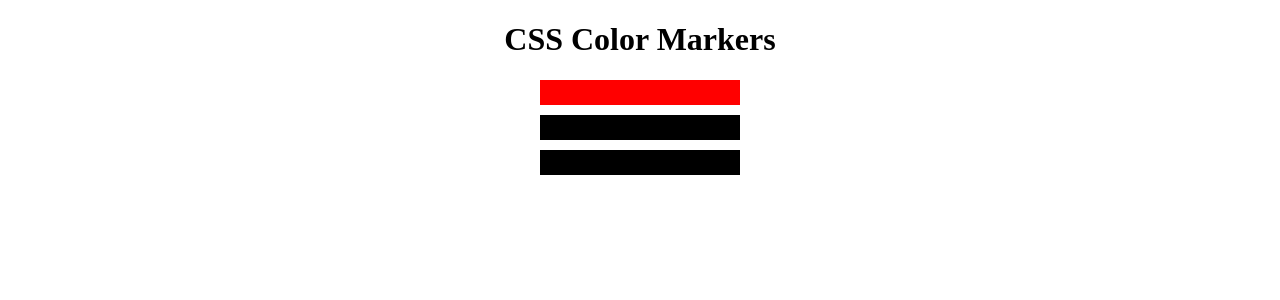
Repository: AimenDje/ColoredMarkers
Page: index.html
An editor plug-in stored every save of this project. The page is shown before and after the next save, followed by the edit.
The browser window is 1280 px wide. The pictures show the whole page.

Above is the page before, as saved 2025-05-08 16:31:42.

### index.html
<!DOCTYPE html>
<html lang="en">
    <head>
        <meta charset="utf-8">
        <meta name="viewport" content="width=device-width, initial-scale=1.0">
        <link rel="stylesheet" href="styles.css">
        <title>Colored Markers</title>
    </head>
    <body>
        <h1>CSS Color Markers</h1>
        <div class="container">
            <div class="marker red">
            </div>
            <div class="marker two">
            </div>
            <div class="marker three">
            </div>
        </div>
      </body>
</html>

### styles.css
h1 {
    text-align:center;
}

.marker {
    width: 200px;
    height: 25px;
    margin: 10px auto;
  }

.red {
    background-color: rgb(255, 0, 0);
}

.two {
    background-color: rgb(0,0, 0);
}

.three {
    background-color: rgb(0, 0, 0);
}

After the next save:
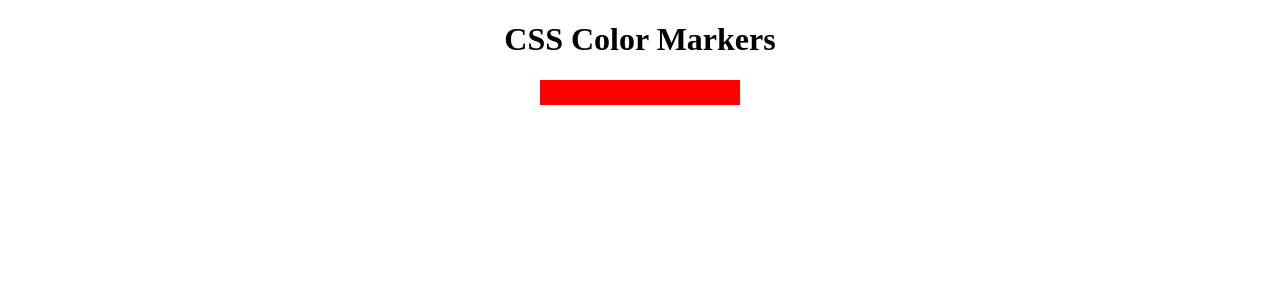
Saved 55 s later.
--- a/index.html
+++ b/index.html
@@ -11,9 +11,9 @@
         <div class="container">
             <div class="marker red">
             </div>
-            <div class="marker two">
+            <div class="marker green">
             </div>
-            <div class="marker three">
+            <div class="marker blue">
             </div>
         </div>
       </body>

After the save that followed:
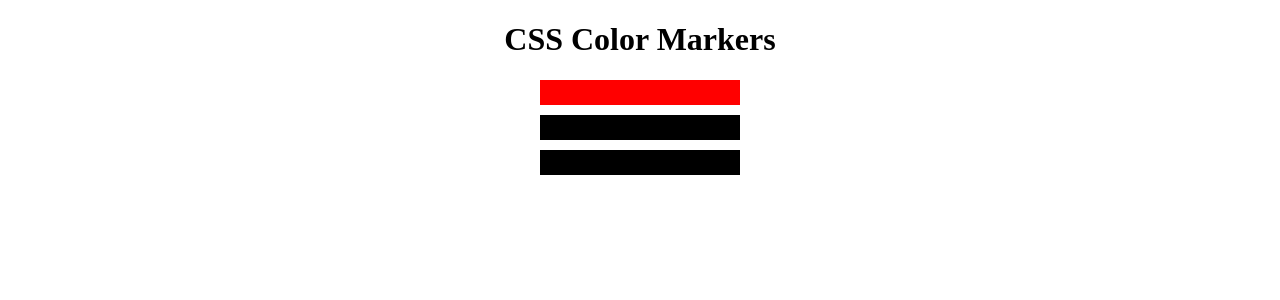
Saved 115 s later.
--- a/styles.css
+++ b/styles.css
@@ -12,10 +12,10 @@
     background-color: rgb(255, 0, 0);
 }
 
-.two {
+.green {
     background-color: rgb(0,0, 0);
 }
 
-.three {
+.blue {
     background-color: rgb(0, 0, 0);
 }
